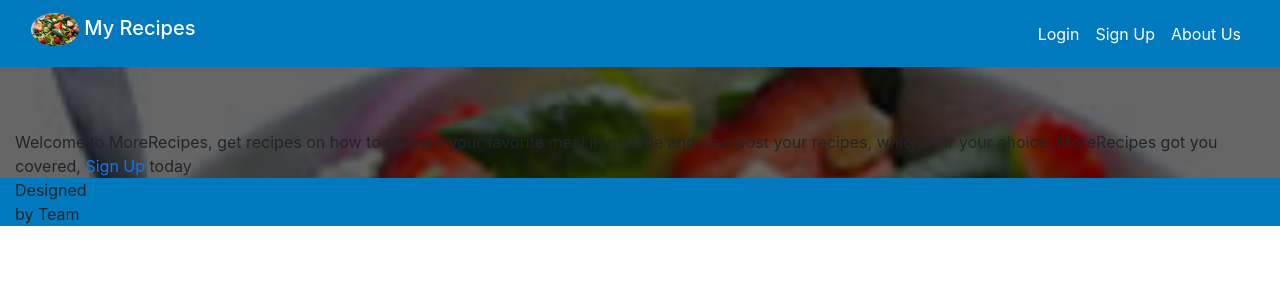
Repository: UggoPrince/more-recipes
Page: html/index.html
These files come from the project's save history. The page is drawn as it stood at one moment and after the next save; the edit follows.
The browser window is 1280 px wide. The pictures show the whole page.

Above is the page before, as saved 2018-07-30 06:46:39.

### html/index.html
<html lang="en">
<head>
  <meta charset="UTF-8">
  <meta name="viewport" content="width=device-width, initial-scale=1.0">
  <meta http-equiv="X-UA-Compatible" content="ie=edge">
  <link rel="stylesheet" href="https://maxcdn.bootstrapcdn.com/bootstrap/4.0.0/css/bootstrap.min.css" integrity="sha384-Gn5384xqQ1aoWXA+058RXPxPg6fy4IWvTNh0E263XmFcJlSAwiGgFAW/dAiS6JXm" crossorigin="anonymous"/>
  <style>
    main {
      background-color: rgba(0, 0, 3, 0.6);
    }
    div#content {
      background-size: 100vw;
      background-repeat: no-repeat;
      background-image: url(../img/nav-image.jpg);
      background-size: 100vw;
      background-repeat: no-repeat;
    }
    nav {
      background-color: #0079be;
      color: white;
    }
    .nav-link {
      color: white;
    }
  </style>
  <title>My Recipes Homepage</title>
</head>
<body>
  <nav class="xnav navbar navbar-expand-lg">
    <div class="container-fluid">
      <h3 style="color: white;" class="navbar-brand">
        <img class="rounded-circle" src="../img/nav-image.jpg" style="width: 48px;" alt="logo"/>
        My Recipes
      </h3>
      <button class="navbar-toggler" type="button" data-toggle="collapse" aria-controls="navDropdown" aria-expanded="false" aria-label="Toggle Navigation" data-target="#navDropdown" >
        <span class="navbar-toggler-icon"></span>
      </button>
      <div class="collapse navbar-collapse justify-content-end brand-anchor" id="navDropdown">
        <ul class="navbar-nav">
          <li class="nav-item">
            <a class="nav-link" href="login.html">Login</a>
          </li>
          <li class="nav-item">
            <a class="nav-link" href="signup.html">Sign Up</a>
          </li>
          <li class="nav-item">
            <a class="nav-link" href="about.html">About Us</a>
          </li>
        </ul>
      </div>
    </div>
  </nav>
  <div id="content">
    <main class="container-fluid">
      <div style="padding-top: 5%">
          Welcome to MoreRecipes, get recipes on how to prepare your favorite meal in no time and also post your recipes, whichever your choice, MoreRecipes got you covered, <a href="signup.html">Sign Up</a> today
      </div>

    </main>
  </div>
  <footer class="container-fluid" style="background-color: #0079be;">
    <div class="row">
      <div class="col-1">Designed by Team</div>
    </div>
  </footer>
</body>
</html>

After the next save:
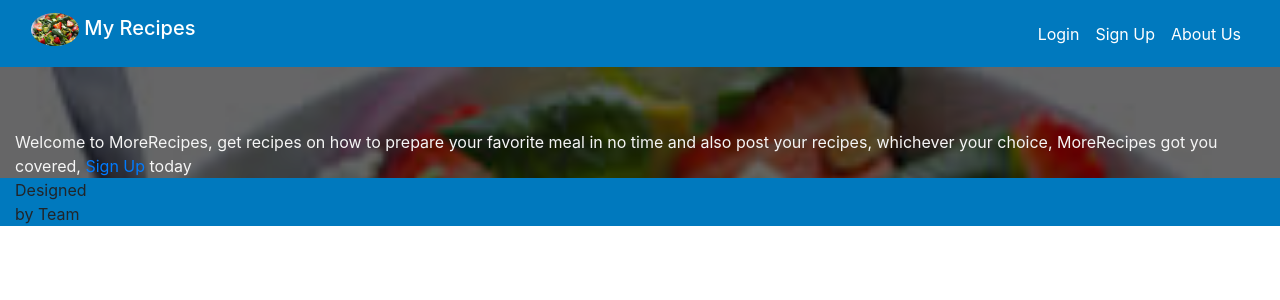
Saved 3 min 33 s later.
--- a/html/index.html
+++ b/html/index.html
@@ -7,6 +7,7 @@
   <style>
     main {
       background-color: rgba(0, 0, 3, 0.6);
+      color: whitesmoke;
     }
     div#content {
       background-size: 100vw;
